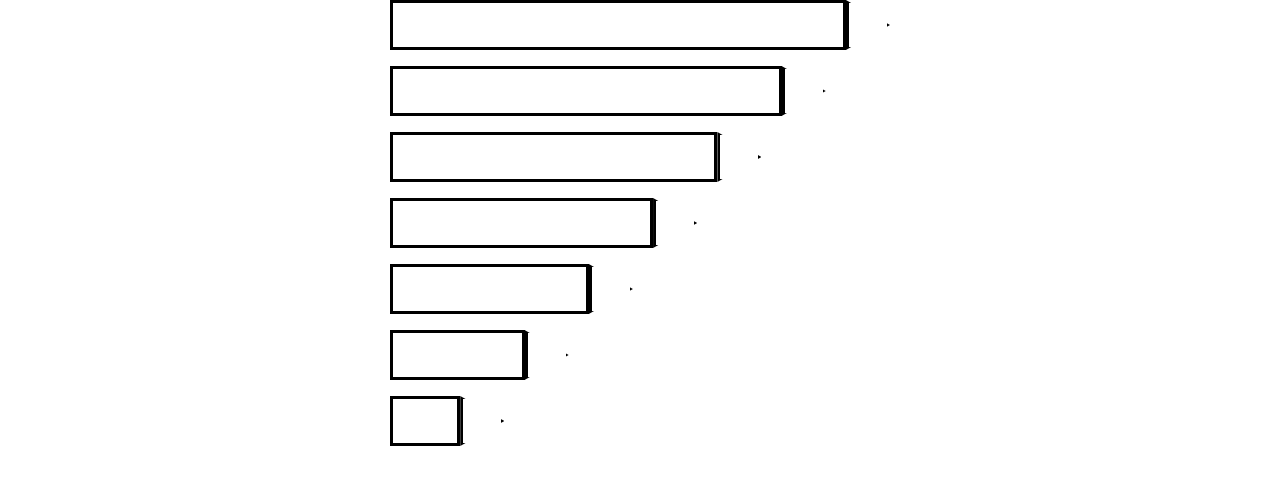
Repository: abdouAppcraft/Predict-DPE
Page: /result
An editor plug-in stored every save of this project. The page is shown before and after the next save, followed by the edit.
The browser window is 1280 px wide. The pictures show the whole page.
The project was rebuilt for these pictures with package versions that can differ from the ones it lists, and the page was loaded fresh each time. Also part of the build but not shown: src/hooks/useDpeOptions.tsx, src/screens/PredictForm/PredictForm.css, src/strings/string.ts, src/utils/computeData.ts, src/screens/PredictForm/PredictForm.tsx.

Above is the page before, as saved 2024-06-12 09:54:05.

### src/App.tsx
import React from "react";
import PredictForm from "./screens/PredictForm/PredictForm";
import { createBrowserRouter, RouterProvider } from "react-router-dom";
import Result from "./screens/Result/Result";

const router = createBrowserRouter([
  {
    path: "/",
    Component: PredictForm,
  },
  {
    path: "/result",
    Component: Result,
  },
]);

const App: React.FC = () => {
  return (
    <>
      <RouterProvider router={router} />
    </>
  );
};

export default App;

### src/screens/Result/Result.tsx
import React from "react";
import "./Result.css";

type Props = {};

const letter = [
  { label: "A", color: "#059212" },
  { label: "B", color: "#06D001" },
  { label: "C", color: "ACD793" },
  { label: "D", color: "#ffd60a" },
  { label: "E", color: "#f8961e" },
  { label: "F", color: "#f3722c" },
  { label: "G", color: "#d90429" },
];

const Result: React.FC<Props> = (props) => {
  return (
    <div style={{ maxWidth: 500, margin: "auto" }}>
      {letter.map((l, index) => (
        <ResultItem {...l} flex={(letter.length - index) / letter.length} />
      ))}
    </div>
  );
};

export default Result;

const ResultItem: React.FC<{ flex: number; label: string; color: string }> = ({
  flex,
  label,
  color,
}) => {
  return (
    <div>
      <div style={{ display: "flex", height: 50, marginBottom: "1rem" }}>
        <div style={{ flex, border: "solid" }}></div>
        <div style={{ border: "solid" }} className=" triangle"></div>
      </div>
    </div>
  );
};

### src/screens/Result/Result.css
/* HTML: <div class="triangle"></div> */
.shape {
    background: linear-gradient(45deg,#FA6900,#C02942);

}

.triangle {
    aspect-ratio: cos(30deg);
    clip-path: polygon(0 0,100% 50%,0 100%);
  }

Loaded but not shown: public/index.html (common file); src/index.tsx (common file); src/index.css (common file); src/reportWebVitals.ts (common file)

After the next save:
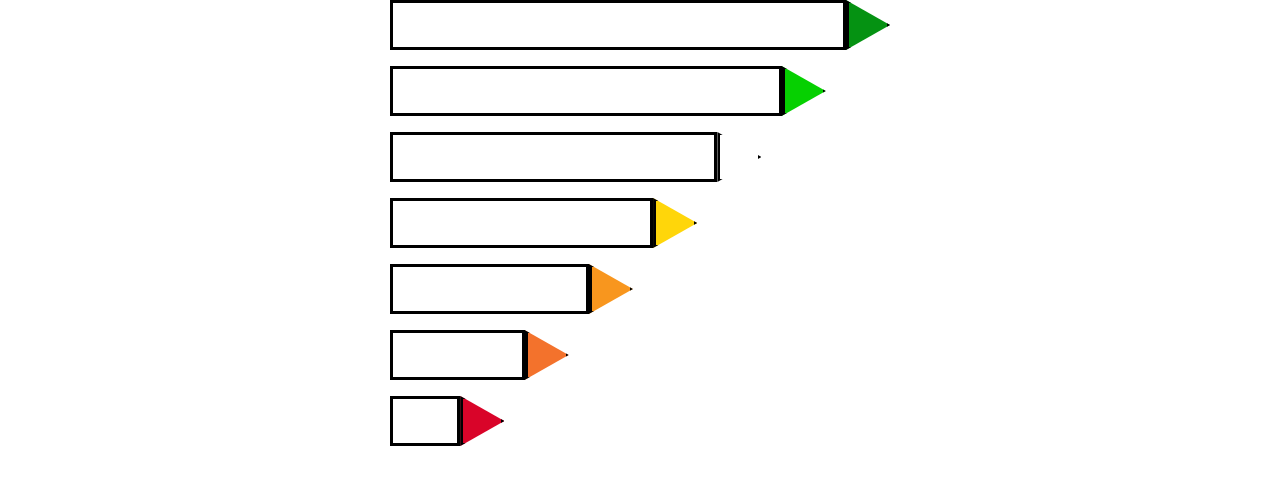
Saved 17 s later.
--- a/src/screens/Result/Result.tsx
+++ b/src/screens/Result/Result.tsx
@@ -34,7 +34,10 @@ const ResultItem: React.FC<{ flex: number; label: string; color: string }> = ({
     <div>
       <div style={{ display: "flex", height: 50, marginBottom: "1rem" }}>
         <div style={{ flex, border: "solid" }}></div>
-        <div style={{ border: "solid" }} className=" triangle"></div>
+        <div
+          style={{ border: "solid", backgroundColor: color }}
+          className=" triangle"
+        ></div>
       </div>
     </div>
   );
